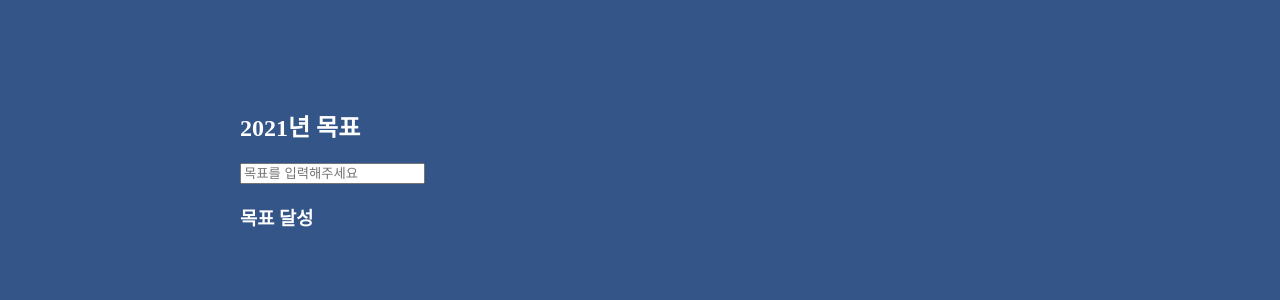
Repository: minsuk1/portfolio
Page: a.html
These files come from the project's save history. The page is drawn as it stood at one moment and after the next save; the edit follows.
The browser window is 1280 px wide. The pictures show the whole page.
Some web libraries are served in a nearby version.

Above is the page before, as saved 2021-01-02 14:06:22.

### a.html
<html>
    <head>
        <style>
            body { background: #358; color: #fff; padding: 100px;  }


            section {
                width: 800px;
                margin: 0px auto;
            }

            .task {
                width: 400px;
            }

            .strikeout {
                text-decoration: line-through;
            }
        </style>
        <script type="text/javascript" src="http://code.jquery.com/jquery-1.11.1.min.js"></script>
    </head>
    <body>

        <section>
            <h1>2021년 목표</h1>

            <form>
                <input type="text" id="task" placeholder="목표를 입력해주세요"/>
            </form>

            <div id="tasks">
            </div>

            <div id="done">
                <h3>목표 달성</h3>

            </div>
        </section>

        <script>


            $('form').on('submit', function(e) {

                e.preventDefault();

                var newtask = $('#task').val();
                $(this).val("");
                var task_elem = $('<div>')
                    .append('<input type="checkbox">')
                    .addClass('task')
                    .append("<span><i class='fas fa-trash'></i></span>")
                    .append(newtask);
                $('#tasks').append(task_elem);


                $.ajax({
                    url: '/',
                    method: 'post',
                    dataType: 'json',
                    data: {
                        task: newtask,
                    },
                    success: function(response) {

                    },
                });

            });

            $('body').on('click', 'input[type="checkbox"]', function() {
                var task = $(this).parents('.task');

                if(task.hasClass('strikeout')) {
                    task.removeClass('strikeout');
                    task.appendTo($('#tasks'));
                } else {
                    //task.append("<button>삭제</button>")
                    task.addClass('strikeout')
                   // task.append("<button><i class='fas fa-trash'></i></button>")

                    task.appendTo($('#done'));

                }
            });

            $('div').on("click", "span", function(event) {
            event.stopPropagation();
            $(this).parent().fadeOut(500, function(){
            $(this).remove();
            });
            });

        </script>
        <script src="https://kit.fontawesome.com/0f77f25011.js"></script>
    </body>
</html>

After the next save:
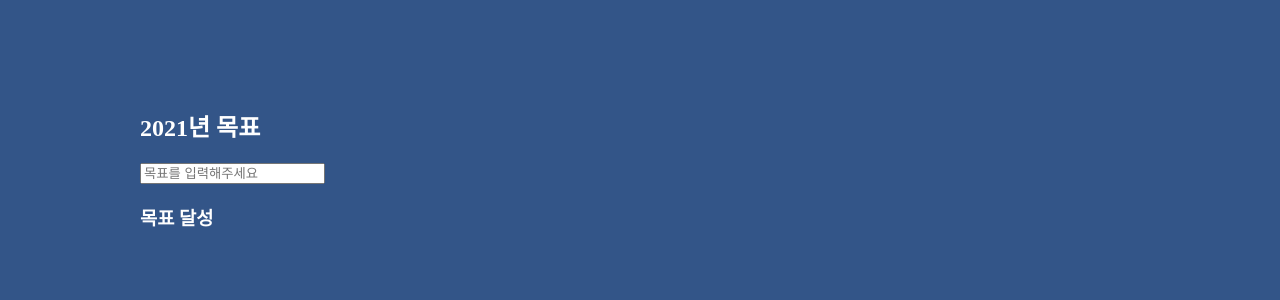
Saved 4 s later.
--- a/a.html
+++ b/a.html
@@ -5,7 +5,7 @@
 
 
             section {
-                width: 800px;
+                width: 1000px;
                 margin: 0px auto;
             }
 
